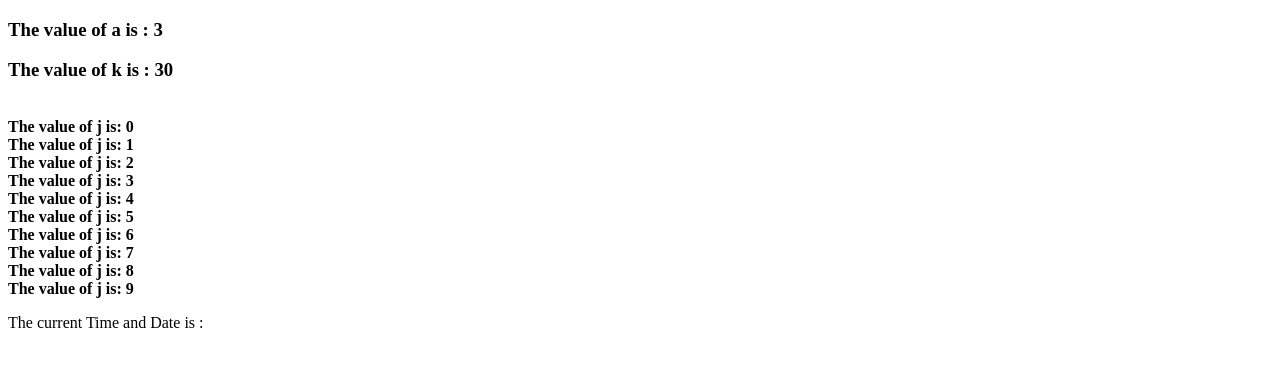
Repository: atonizer/workspace
Page: http://localhost/testProject/firstJspFile.jsp
The author's editor kept a copy of each file at every save. The page is drawn from the files as they stood at one save, then again after the next save.
The browser window is 1280 px wide. The pictures show the whole page.
The page is served by Tomcat 9.

Above is the page before, as saved 2016-08-19 11:08:06.

After the next save:
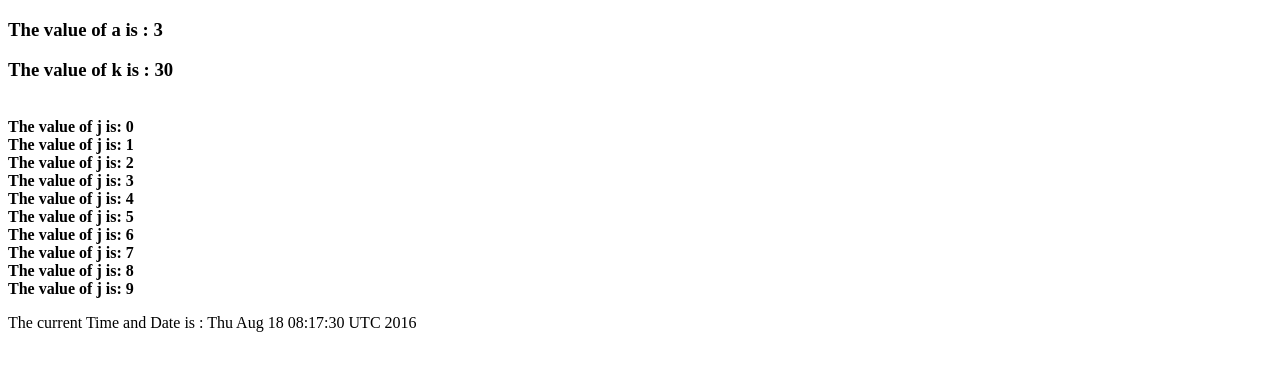
Saved 62 s later.
--- a/testProject/WebContent/firstJspFile.jsp
+++ b/testProject/WebContent/firstJspFile.jsp
@@ -34,7 +34,7 @@ int a = i+b;
 
 <% }%>
 
-<p>The current Time and Date is : <% new Date(); %></p>
+<p>The current Time and Date is : <%= new Date() %></p>
 
 
 </body>
